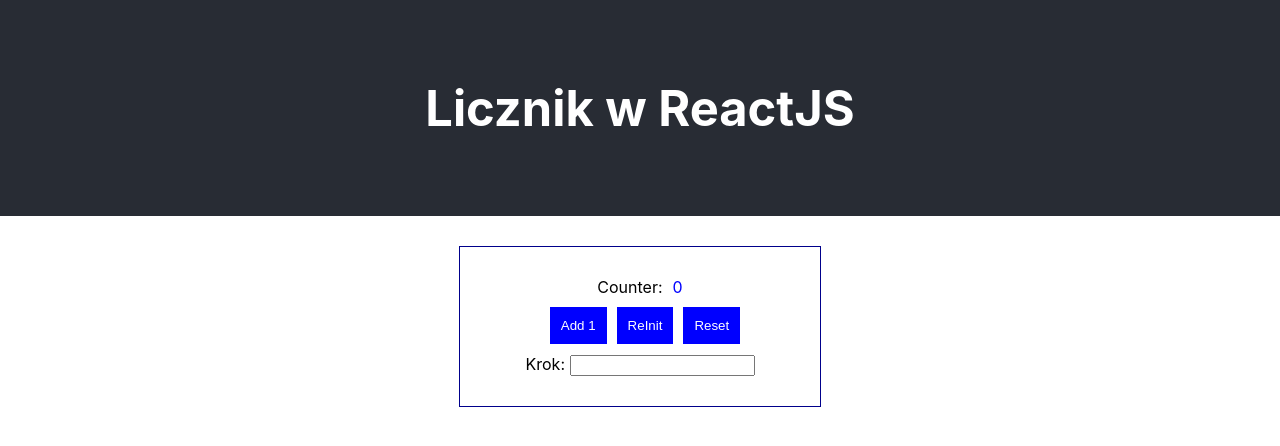
Repository: magdaf41/react-counter-app
Page: /
The author's editor kept a copy of each file at every save. The page is drawn from the files as they stood at one save, then again after the next save.
The browser window is 1280 px wide. The pictures show the whole page.
The project was rebuilt for these pictures with package versions that can differ from the ones it lists, and the page was loaded fresh each time.

Above is the page before, as saved 2020-10-06 20:17:13.

After the next save:
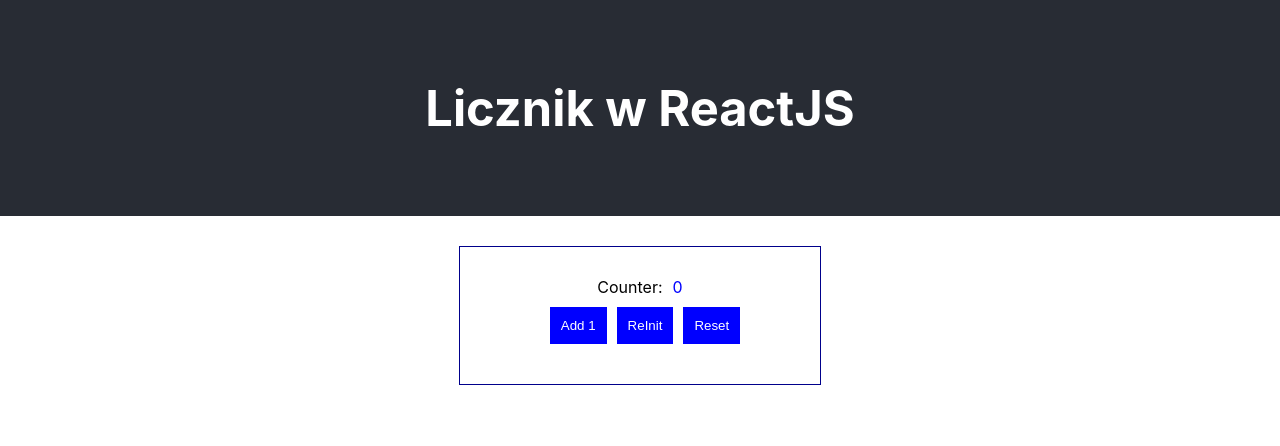
Saved 71 s later.
--- a/src/Counter.js
+++ b/src/Counter.js
@@ -51,7 +51,7 @@
                 Counter:
                 <Display displayValue={this.state.counterValue} />
                 <ButtonsPanel buttonMethod={this.changeValue} />
-                <Step/>
+                {/* <Step/> */}
 
             </div>
         );

After the save that followed:
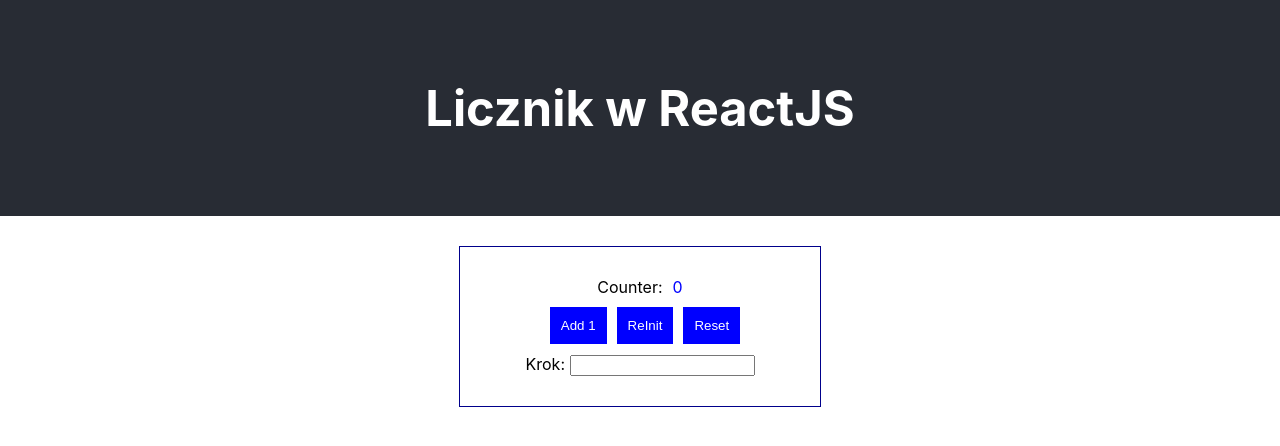
Saved 5 s later.
--- a/src/Counter.js
+++ b/src/Counter.js
@@ -51,7 +51,7 @@
                 Counter:
                 <Display displayValue={this.state.counterValue} />
                 <ButtonsPanel buttonMethod={this.changeValue} />
-                {/* <Step/> */}
+                <Step/>
 
             </div>
         );
